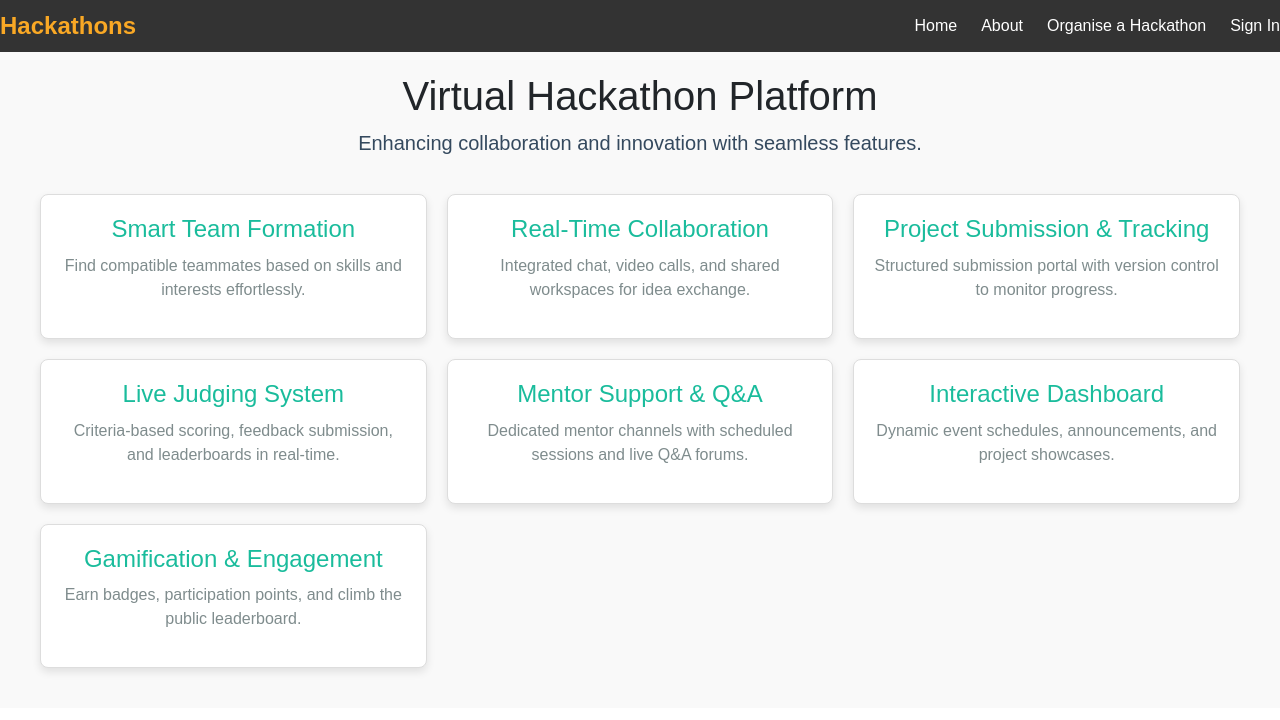
Repository: Ken-Kanike/RUBIX25_41_TECHTITANS
Page: / (app in backend/client/)
The author's editor kept a copy of each file at every save. The page is drawn from the files as they stood at one save, then again after the next save.
The browser window is 1280 px wide. The pictures show the whole page.
The project was rebuilt for these pictures with package versions that can differ from the ones it lists, and the page was loaded fresh each time. Also part of the build but not shown: backend/client/src/signin.css, backend/client/src/signin.js. Imported but missing from the stored project, and not drawn on this page: backend/client/src/colors.

Above is the page before, as saved 2025-01-23 00:54:15.

### backend/client/public/index.html
<!DOCTYPE html>
<html lang="en">
  <head>
    <meta charset="utf-8" />
    <!-- <link rel="icon" href="%PUBLIC_URL%/favicon.ico" /> -->
    <meta name="viewport" content="width=device-width, initial-scale=1" />
    <meta name="theme-color" content="#000000" />
    <!-- <meta
      name="description"
      content="Web site created using create-react-app"
    />
    <link rel="apple-touch-icon" href="%PUBLIC_URL%/logo192.png" />

      manifest.json provides metadata used when your web app is installed on a
      user's mobile device or desktop. See https://developers.google.com/web/fundamentals/web-app-manifest/

    <link rel="manifest" href="%PUBLIC_URL%/manifest.json" /> -->

    <title>React App</title>
  </head>
  <body>
    <noscript>You need to enable JavaScript to run this app.</noscript>
    <div id="root"></div>

  </body>
</html>

### backend/client/src/App.js
import React from 'react';
import { BrowserRouter as Router, Route, Routes } from 'react-router-dom';
import Navbar from './navbar';
import HomePage from './homepage';
import SignInPage from './signin'; // Import SignInPage component

function App() {
  return (
    <Router>
      <Navbar /> {/* Navbar is outside of Routes */}
      <Routes>
        <Route path="/" element={<HomePage />} /> {/* HomePage route */}
        <Route path="/signin" element={<SignInPage />} /> {/* SignInPage route */}
      </Routes>
    </Router>
  );
}

export default App;

### backend/client/src/navbar.js
// src/Navbar.js
import React from 'react';
import { Link, useLocation } from 'react-router-dom'; // Import useLocation from react-router-dom
import './navbar.css'; // For styling

const Navbar = () => {
    const location = useLocation(); // Get the current route location

    return (
        <nav className="navbar">
            <div className="navbar-logo">Hackathons</div>
            <ul className="navbar-links">
                {/* Conditionally render navbar items based on the current route */}
                {location.pathname !== "/signin" && (
                    <li><Link to="/">Home</Link></li> // Show "Home" link except on the SignIn page
                )}
                <li><Link to="#about">About</Link></li>
                <li><Link to="#organise">Organise a Hackathon</Link></li>
                {location.pathname === "/signin" ? (
                    <li><Link to="/">Home</Link></li> // Show "Home" link on SignIn page
                ) : (
                    <li><Link to="/signin">Sign In</Link></li> // Show "Sign In" link on other pages
                )}
            </ul>
        </nav>
    );
};

export default Navbar;

### backend/client/src/homepage.js
import React from 'react';
import './homepage.css';

const HomePage = () => {
    return (
        <div className="homepage-container">
            <h1>Virtual Hackathon Platform</h1>
            <p>Enhancing collaboration and innovation with seamless features.</p>

            <div className="features-section">
                <div className="feature-box">
                    <h2>Smart Team Formation</h2>
                    <p>Find compatible teammates based on skills and interests effortlessly.</p>
                </div>
                <div className="feature-box">
                    <h2>Real-Time Collaboration</h2>
                    <p>Integrated chat, video calls, and shared workspaces for idea exchange.</p>
                </div>
                <div className="feature-box">
                    <h2>Project Submission & Tracking</h2>
                    <p>Structured submission portal with version control to monitor progress.</p>
                </div>
                <div className="feature-box">
                    <h2>Live Judging System</h2>
                    <p>Criteria-based scoring, feedback submission, and leaderboards in real-time.</p>
                </div>
                <div className="feature-box">
                    <h2>Mentor Support & Q&A</h2>
                    <p>Dedicated mentor channels with scheduled sessions and live Q&A forums.</p>
                </div>
                <div className="feature-box">
                    <h2>Interactive Dashboard</h2>
                    <p>Dynamic event schedules, announcements, and project showcases.</p>
                </div>
                <div className="feature-box">
                    <h2>Gamification & Engagement</h2>
                    <p>Earn badges, participation points, and climb the public leaderboard.</p>
                </div>
            </div>
        </div>
    );
};

export default HomePage;

### backend/client/src/navbar.css
/* src/Navbar.css */
.navbar {
    display: flex;
    justify-content: space-between;
    align-items: center;
    padding: 0.8rem 2rem;
    background-color: #333;
    color: white;
    font-family: Arial, sans-serif;
}

.navbar-logo {
    font-size: 1.5rem;
    font-weight: bold;
    color: #f9a825; /* Yellowish highlight */
}

.navbar-links {
    list-style: none;
    display: flex;
    gap: 1.5rem;
    margin: 0;
    padding: 0;
}

.navbar-links li {
    display: inline;
}

.navbar-links a {
    text-decoration: none;
    color: white;
    font-size: 1rem;
    transition: color 0.3s ease;
}

.navbar-links a:hover {
    color: #f9a825;
}

### backend/client/src/homepage.css
/* Overall container styling */
.homepage-container {
    font-family: Arial, sans-serif;
    padding: 20px;
    text-align: center;
    background-color: #f9f9f9;
}

/* Header styling */
h1 {
    color: #2c3e50;
    font-size: 36px;
    margin-bottom: 10px;
}

p {
    font-size: 20px;
    color: #34495e;
    margin-bottom: 20px;
}

/* Features section */
.features-section {
    display: grid;
    grid-template-columns: repeat(auto-fit, minmax(300px, 1fr));
    gap: 20px;
    padding: 20px;
}

/* Individual feature box */
.feature-box {
    background-color: #ffffff;
    border: 1px solid #ddd;
    border-radius: 8px;
    padding: 20px;
    box-shadow: 0 4px 8px rgba(0, 0, 0, 0.1);
    transition: transform 0.3s ease, box-shadow 0.3s ease;
}

.feature-box:hover {
    transform: translateY(-5px);
    box-shadow: 0 8px 16px rgba(0, 0, 0, 0.2);
}

.feature-box h2 {
    font-size: 24px;
    color: #1abc9c;
    margin-bottom: 10px;
}

.feature-box p {
    font-size: 16px;
    color: #7f8c8d;
}

Loaded but not shown: backend/client/src/index.js (common file); backend/client/src/index.css (common file); backend/client/src/reportWebVitals.js (common file)

After the next save:
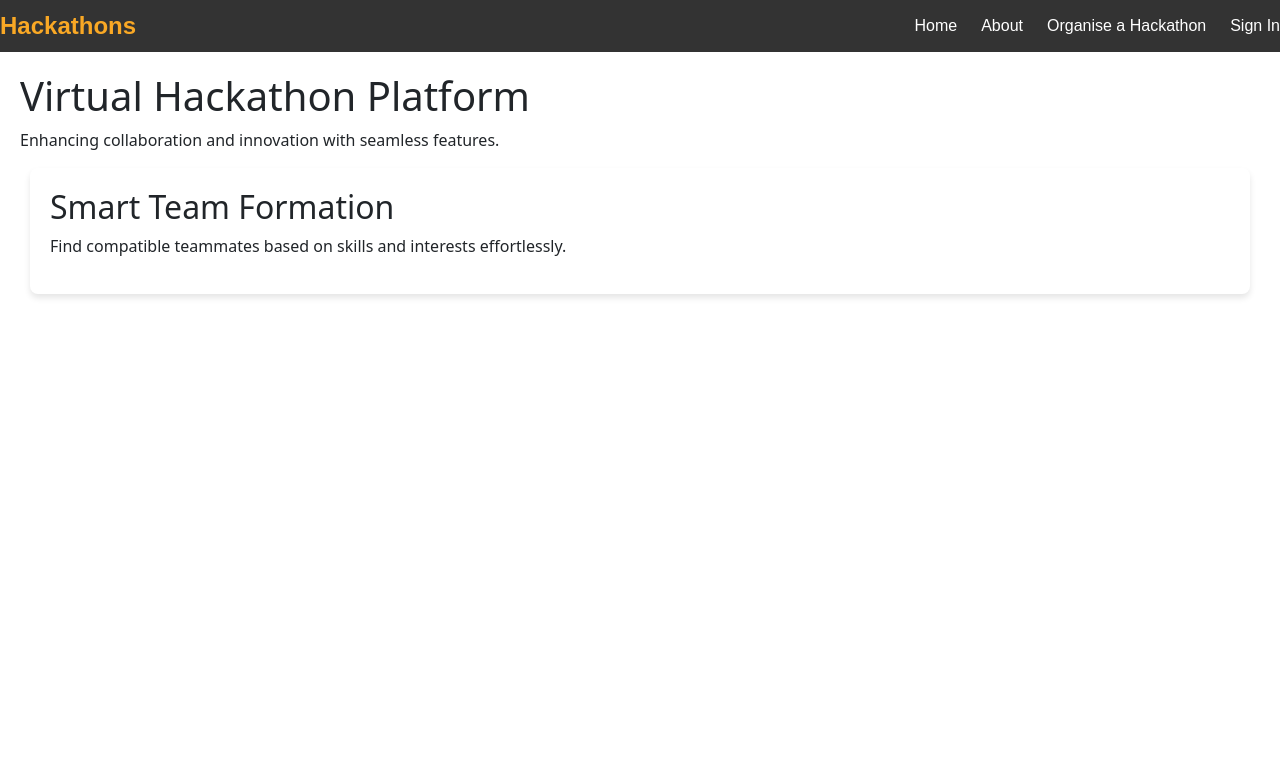
Saved 39 s later.
--- a/backend/client/src/homepage.js
+++ b/backend/client/src/homepage.js
@@ -1,44 +1,40 @@
-import React from 'react';
-import './homepage.css';
+import React from "react";
+import styled from "styled-components";
+import { darkTheme, lightTheme } from "./colors";
 
-const HomePage = () => {
-    return (
-        <div className="homepage-container">
-            <h1>Virtual Hackathon Platform</h1>
-            <p>Enhancing collaboration and innovation with seamless features.</p>
+const HomePageContainer = styled.div`
+  background-color: ${(props) => props.theme.homepageBackground};
+  color: ${(props) => props.theme.text_primary};
+  padding: 20px;
+  min-height: 100vh;
+`;
 
-            <div className="features-section">
-                <div className="feature-box">
-                    <h2>Smart Team Formation</h2>
-                    <p>Find compatible teammates based on skills and interests effortlessly.</p>
-                </div>
-                <div className="feature-box">
-                    <h2>Real-Time Collaboration</h2>
-                    <p>Integrated chat, video calls, and shared workspaces for idea exchange.</p>
-                </div>
-                <div className="feature-box">
-                    <h2>Project Submission & Tracking</h2>
-                    <p>Structured submission portal with version control to monitor progress.</p>
-                </div>
-                <div className="feature-box">
-                    <h2>Live Judging System</h2>
-                    <p>Criteria-based scoring, feedback submission, and leaderboards in real-time.</p>
-                </div>
-                <div className="feature-box">
-                    <h2>Mentor Support & Q&A</h2>
-                    <p>Dedicated mentor channels with scheduled sessions and live Q&A forums.</p>
-                </div>
-                <div className="feature-box">
-                    <h2>Interactive Dashboard</h2>
-                    <p>Dynamic event schedules, announcements, and project showcases.</p>
-                </div>
-                <div className="feature-box">
-                    <h2>Gamification & Engagement</h2>
-                    <p>Earn badges, participation points, and climb the public leaderboard.</p>
-                </div>
-            </div>
-        </div>
-    );
+const FeatureBox = styled.div`
+  background-color: ${(props) => props.theme.featureBoxBg};
+  border-radius: 8px;
+  padding: 20px;
+  margin: 10px;
+  box-shadow: 0px 4px 6px rgba(0, 0, 0, 0.1);
+  transition: background-color 0.3s ease;
+  &:hover {
+    background-color: ${(props) => props.theme.featureBoxHover};
+  }
+`;
+
+const HomePage = ({ theme }) => {
+  return (
+    <HomePageContainer theme={theme}>
+      <h1>Virtual Hackathon Platform</h1>
+      <p>Enhancing collaboration and innovation with seamless features.</p>
+      <div>
+        <FeatureBox theme={theme}>
+          <h2>Smart Team Formation</h2>
+          <p>Find compatible teammates based on skills and interests effortlessly.</p>
+        </FeatureBox>
+        {/* Add more feature boxes here */}
+      </div>
+    </HomePageContainer>
+  );
 };
 
 export default HomePage;

After the 3 saves that followed:
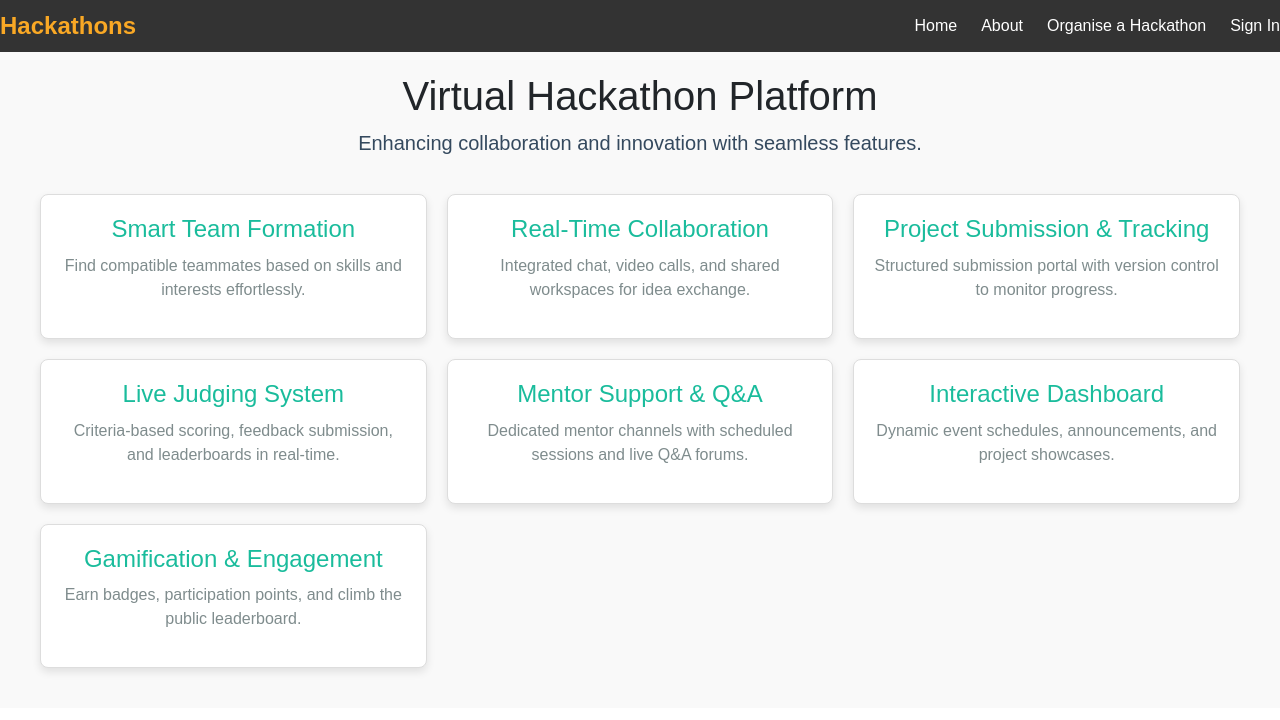
The 3 saves are shown as one change because 2 left the picture as it was.
The last was saved 3 min 1 s later.
--- a/backend/client/src/homepage.js
+++ b/backend/client/src/homepage.js
@@ -1,40 +1,44 @@
-import React from "react";
-import styled from "styled-components";
-import { darkTheme, lightTheme } from "./colors";
+import React from 'react';
+import './homepage.css';
 
-const HomePageContainer = styled.div`
-  background-color: ${(props) => props.theme.homepageBackground};
-  color: ${(props) => props.theme.text_primary};
-  padding: 20px;
-  min-height: 100vh;
-`;
+const HomePage = () => {
+    return (
+        <div className="homepage-container">
+            <h1>Virtual Hackathon Platform</h1>
+            <p>Enhancing collaboration and innovation with seamless features.</p>
 
-const FeatureBox = styled.div`
-  background-color: ${(props) => props.theme.featureBoxBg};
-  border-radius: 8px;
-  padding: 20px;
-  margin: 10px;
-  box-shadow: 0px 4px 6px rgba(0, 0, 0, 0.1);
-  transition: background-color 0.3s ease;
-  &:hover {
-    background-color: ${(props) => props.theme.featureBoxHover};
-  }
-`;
-
-const HomePage = ({ theme }) => {
-  return (
-    <HomePageContainer theme={theme}>
-      <h1>Virtual Hackathon Platform</h1>
-      <p>Enhancing collaboration and innovation with seamless features.</p>
-      <div>
-        <FeatureBox theme={theme}>
-          <h2>Smart Team Formation</h2>
-          <p>Find compatible teammates based on skills and interests effortlessly.</p>
-        </FeatureBox>
-        {/* Add more feature boxes here */}
-      </div>
-    </HomePageContainer>
-  );
+            <div className="features-section">
+                <div className="feature-box">
+                    <h2>Smart Team Formation</h2>
+                    <p>Find compatible teammates based on skills and interests effortlessly.</p>
+                </div>
+                <div className="feature-box">
+                    <h2>Real-Time Collaboration</h2>
+                    <p>Integrated chat, video calls, and shared workspaces for idea exchange.</p>
+                </div>
+                <div className="feature-box">
+                    <h2>Project Submission & Tracking</h2>
+                    <p>Structured submission portal with version control to monitor progress.</p>
+                </div>
+                <div className="feature-box">
+                    <h2>Live Judging System</h2>
+                    <p>Criteria-based scoring, feedback submission, and leaderboards in real-time.</p>
+                </div>
+                <div className="feature-box">
+                    <h2>Mentor Support & Q&A</h2>
+                    <p>Dedicated mentor channels with scheduled sessions and live Q&A forums.</p>
+                </div>
+                <div className="feature-box">
+                    <h2>Interactive Dashboard</h2>
+                    <p>Dynamic event schedules, announcements, and project showcases.</p>
+                </div>
+                <div className="feature-box">
+                    <h2>Gamification & Engagement</h2>
+                    <p>Earn badges, participation points, and climb the public leaderboard.</p>
+                </div>
+            </div>
+        </div>
+    );
 };
 
 export default HomePage;
